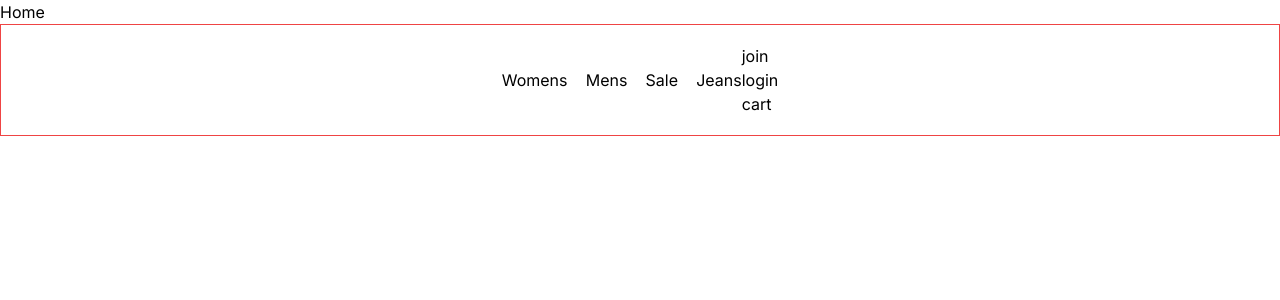
Repository: harrywebb21/stil-clothing
Page: /
The author's editor kept a copy of each file at every save. The page is drawn from the files as they stood at one save, then again after the next save.
The browser window is 1280 px wide. The pictures show the whole page.
The project was rebuilt for these pictures with package versions that can differ from the ones it lists, and the page was loaded fresh each time. The framework's server and built-in components were replaced by stand-ins that run in the browser. Also part of the build but not shown: next.config.js.

Above is the page before, as saved 2023-06-08 15:46:14.

### src/app/page.js
"use client";
import Image from "next/image";
import Navbar from "./components/Navbar";

export default function Home() {
  return (
    <div>
      <h1>Home</h1>
      <Navbar />
    </div>
  );
}

### src/app/components/Navbar.js
export default function Navbar() {
  return (
    <div className=" border border-red-500 h-28 flex justify-center items-center">
      <ul className=" flex justify-between w-60">
        <li>
          <a href="/womens">Womens</a>
        </li>
        <li>
          <a href="/mens">Mens</a>
        </li>
        <li>
          <a href="/sale">Sale</a>
        </li>
        <li>
          <a href="/jeans">Jeans</a>
        </li>
      </ul>

      <ul>
        <li>
          <a>join</a>
        </li>
        <li>
          <a>login</a>
        </li>
        <li>
          <a>cart</a>
        </li>
      </ul>
    </div>
  );
}

Loaded but not shown: src/app/layout.js (common file); src/app/globals.css (common file); tailwind.config.js (common file)

After the next save:
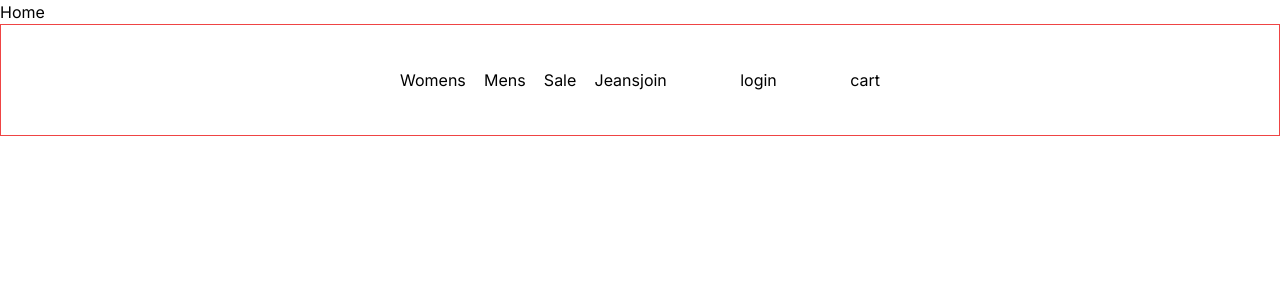
Saved 35 s later.
--- a/src/app/components/Navbar.js
+++ b/src/app/components/Navbar.js
@@ -16,7 +16,7 @@ export default function Navbar() {
         </li>
       </ul>
 
-      <ul>
+      <ul className="flex justify-between w-60">
         <li>
           <a>join</a>
         </li>
